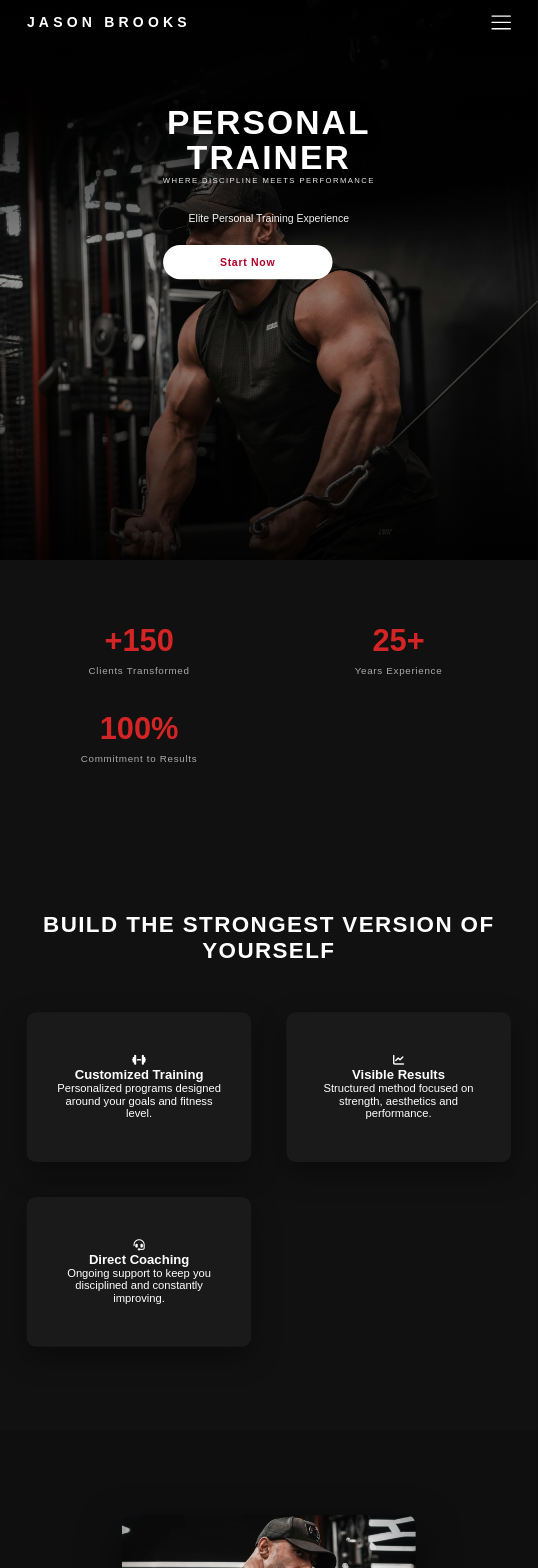
Repository: davidfsillva/Jason-Brooks
Page: index.html
These files come from the project's save history. The page is drawn as it stood at one moment and after the next save; the edit follows.
The browser window is 768 px wide. The pictures show the part of the page from y = 0 to 2240 px (the page is 3913 px tall), at 70% of full size.
Some web fonts or font styles are not loaded; a fallback is used.

Above is the page before, as saved 2026-02-21 17:15:21.

### index.html
<!DOCTYPE html>
<html lang="en">
<head>
    <!-- META SEO -->
    <meta charset="UTF-8">
    <meta name="viewport" content="width=device-width, initial-scale=1.0">

    <title>Axon Performance | Personal Trainer</title>
    <meta name="description" content="Personal trainer focused on performance, aesthetics and real physical transformation. Customized training programs for serious results.">

    <!-- Open Graph -->
    <meta property="og:title" content="Axon Performance | Personal Trainer">
    <meta property="og:description" content="Customized training programs focused on performance and transformation.">
    <meta property="og:type" content="website">
    <meta property="og:image" content="https://yourdomain.com/preview.jpg">

    <!-- Font Awesome (removido duplicado) -->
    <link rel="stylesheet" href="https://cdnjs.cloudflare.com/ajax/libs/font-awesome/6.5.1/css/all.min.css">

    <!-- Canonical -->
    <link rel="canonical" href="https://yourdomain.com/">

    <!-- CSS -->
    <link rel="stylesheet" href="style.css">

    <!-- JS -->
    <script src="script.js" defer></script>
</head>

<body>

    <!-- ================= HEADER ================= -->
    <header class="header">
        <div class="container nav-container">
            <div class="logo">JASON BROOKS </div>

            <nav class="nav" id="nav">
                <a href="#home" class="active">Home</a>
                <a href="#benefits">Benefits</a>
                <a href="#about">About</a>
                <a href="#contact">Contact</a>
            </nav>

            <button
                class="menu-toggle"
                id="menu-toggle"
                aria-label="Toggle navigation menu"
                aria-expanded="false">

                <span class="hamburger">
                    <span></span>
                    <span></span>
                    <span></span>
                </span>

            </button>
        </div>
    </header>

    <!-- ================= HERO ================= -->
    <section class="hero">

        <div class="hero-overlay"></div>

        <div class="hero-content">

            <h1>PERSONAL<br>TRAINER</h1>

            <p class="hero-small">Where Discipline Meets Performance</p>

            <p class="hero-sub">Elite Personal Training Experience</p>
            <a href="#" class="btn-primary">Start Now</a>
        </div>

    </section>

    <!-- ================= STATS ================= -->
    <section class="stats">
        <div class="container stats-grid">
            <div class="stat-item">
                <h3>+150</h3>
                <p>Clients Transformed</p>
            </div>
            <div class="stat-item">
                <h3>25+</h3>
                <p>Years Experience</p>
            </div>
            <div class="stat-item">
                <h3>100%</h3>
                <p>Commitment to Results</p>
            </div>
        </div>
    </section>

    <!-- ================= BENEFITS ================= -->
    <section class="benefits" id="benefits">
        <div class="container">
            <h2 class="section-title fade-in">Build the Strongest Version of Yourself</h2>

            <div class="benefits-grid">

                <div class="benefit-card fade-in">
                    <i class="fa-solid fa-dumbbell"></i>
                    <h3>Customized Training</h3>
                    <p>Personalized programs designed around your goals and fitness level.</p>
                </div>

                <div class="benefit-card fade-in">
                    <i class="fa-solid fa-chart-line"></i>
                    <h3>Visible Results</h3>
                    <p>Structured method focused on strength, aesthetics and performance.</p>
                </div>

                <div class="benefit-card fade-in">
                    <i class="fa-solid fa-headset"></i>
                    <h3>Direct Coaching</h3>
                    <p>Ongoing support to keep you disciplined and constantly improving.</p>
                </div>

            </div>
        </div>
    </section>

    <!-- ================= ABOUT ================= -->
    <section class="about" id="about">
        <div class="container about-container fade-in">

            <div class="about-image">
                <img src="img/hero2.webp" alt="Professional personal trainer coaching client">
            </div>

            <div class="about-text">
                <h2>About Jason Performance</h2>
                <p>
                    Specialist in body transformation and high performance training.
                    My methodology is built on discipline, science and measurable progress.
                </p>
                <p>
                    If you're serious about real, consistent results,
                    this is where your next level begins.
                </p>
                <a href="#contact" class="btn-secondary">Work With Me</a>
            </div>

        </div>
    </section>

    <!-- ================= CTA ================= -->
    <section class="cta" id="contact">
        <div class="container fade-in">
            <h2>Ready to Elevate Your Performance?</h2>
            <p>Fill out the form below and start your transformation today.</p>

            <form id="contact-form" class="contact-form" novalidate>
                <input
                    type="text"
                    id="name"
                    placeholder="Your Name"
                    required
                    aria-label="Your Name">

                <input
                    type="email"
                    id="email"
                    placeholder="Your Email"
                    required
                    aria-label="Your Email">

                <button type="submit" class="btn-primary">
                    Start Now
                </button>

                <p id="form-message" role="alert"></p>
            </form>
        </div>
    </section>

    <!-- ================= FOOTER ================= -->
    <footer class="footer">
        <p>© 2026 Jason Brooks - All Rights Reserved</p>
    </footer>

</body>
</html>

### style.css
/* ================= FONT ================= */
@font-face {
    font-family: 'TT Answer';
    src: url('fonts/TTAnswer-Regular.woff2') format('woff2');
    font-weight: 400;
    font-style: normal;
}

@font-face {
    font-family: 'TT Answer';
    src: url('fonts/TTAnswer-Medium.woff2') format('woff2');
    font-weight: 500;
    font-style: normal;
}

@font-face {
    font-family: 'TT Answer';
    src: url('fonts/TTAnswer-Bold.woff2') format('woff2');
    font-weight: 700;
    font-style: normal;
}


/* ================= DESIGN SYSTEM ================= */
:root {
    --primary: #b0002a;
    --primary-light: #d32525;
    --dark: #0f0f0f;
    --dark-light: #1a1a1a;
    --text: #ffffff;
    --text-muted: #aaaaaa;
    --radius: 14px;
    --transition: 0.3s ease;
}


/* ================= RESET ================= */
* {
    margin: 0;
    padding: 0;
    box-sizing: border-box;
}

body {
    font-family: 'Playfair Display', sans-serif;
    background: var(--dark);
    color: var(--text);
    scroll-behavior: smooth;
    -webkit-font-smoothing: antialiased;

}

.container {
    width: 90%;
    max-width: 1200px;
    margin: auto;
}


/* ================= HEADER ================= */
header {
    position: fixed;
    top: 0;
    left: 0;
    width: 100%;
    padding: 20px 0;
    background: transparent;
    z-index: 10;
    transition: 0.3s ease;

}

.nav-container {
    display: flex;
    justify-content: space-between;
    align-items: center;
}

.logo {
    font-size: 20px;
    font-weight: 700;
    letter-spacing: 6px;
    text-transform: uppercase;
}

/* ================= MENU PILL ================= */
.nav {
    display: flex;
    align-items: center;
    padding: 6px;
    border-radius: 40px;
    background: rgba(255,255,255,0.08);
    backdrop-filter: blur(12px);
    border: 1px solid rgba(255,255,255,0.15);
}

.nav a {
    text-decoration: none;
    color: white;
    font-size: 13px;
    font-weight: 500;
    padding: 8px 18px;
    border-radius: 30px;
    transition: 0.3s ease;
}

.nav a.active {
    background: rgba(255, 255, 255, 0.185);
    color: white;
}

.nav a:hover {
    color: var(--primary-light);
}

.menu-toggle {
    display: none;
    font-size: 26px;
    cursor: pointer;
}

.header.scrolled {
    background: rgba(0,0,0,0.85);
    padding: 15px 0;
}

/* ================= HAMBURGER PREMIUM ================= */

.menu-toggle {
    background: none;
    border: none;
    cursor: pointer;
    display: none;
    z-index: 1100;
}

.hamburger {
    width: 28px;
    height: 20px;
    position: relative;
    display: flex;
    flex-direction: column;
    justify-content: space-between;
    transition: 0.4s ease;
}

.hamburger span {
    height: 2px;
    width: 100%;
    background: var(--text);
    border-radius: 2px;
    transition: 0.4s ease;
    transform-origin: center;
}

/* ================= ANIMAÇÃO ATIVO ================= */

.menu-toggle.active .hamburger {
    transform: rotate(180deg);
}

.menu-toggle.active .hamburger span:nth-child(1) {
    transform: translateY(9px) rotate(45deg);
}

.menu-toggle.active .hamburger span:nth-child(2) {
    opacity: 0;
}

.menu-toggle.active .hamburger span:nth-child(3) {
    transform: translateY(-9px) rotate(-45deg);
}



/* ================= HERO ================= */
.hero {
    min-height: 100vh;
    width: 100%;
    position: relative;
    display: flex;
    align-items: center;
    justify-content: flex-start; /* joga conteúdo para esquerda */
    padding: 0 8%;
    overflow: hidden;

    background: url("img/herodes2.webp") right center / cover no-repeat;
}

.hero-overlay {
    position: absolute;
    inset: 0;
    z-index: 1;

    background:
        linear-gradient(
            90deg,
            rgba(0,0,0,0.85) 0%,
            rgba(0,0,0,0.75) 35%,
            rgba(0,0,0,0.4) 60%,
            rgba(0,0,0,0.1) 80%,
            rgba(0,0,0,0) 100%
        );
}

.hero-content {
    position: relative;
    z-index: 2;
    max-width: 600px;
    text-align: left;
}

.hero-content h1 {
    font-size: 85px;
    line-height: 1.05;
}

.hero-small {
    font-size: 13px;
    letter-spacing: 3px;
    text-transform: uppercase;
    margin-bottom: 15px;
    opacity: 0.8;
}

.hero-content h1 {
    font-size: 80px;
    line-height: 1.1;
}

.hero-sub {
    margin: 25px 0;
    font-size: 15px;
    font-weight: 400;
    opacity: 0.9;
}

.hero-image-side {
    flex: 1;
    display: flex;
    justify-content: flex-end;
    align-items: center; /* centraliza verticalmente */
    padding-right: 70px;
}

.hero-image-side img {
    width: 95%;
    max-width: 480px;

    -webkit-mask-image: linear-gradient(
        135deg,
        transparent 0%,
        black 40%,
        black 60%,
        transparent 100%
    );

    mask-image: linear-gradient(
        135deg,
        transparent 0%,
        black 40%,
        black 60%,
        transparent 100%
    );
}




/* ================= BUTTONS ================= */
.btn-primary {
    display: inline-block;
    padding: 14px 36px;
    background: var(--text);
    color: var(--primary);
    text-decoration: none;
    font-weight: 600;
    border-radius: 30px;
    letter-spacing: 1px;
    transition: var(--transition);
}

.btn-primary:hover {
    background: var(--primary-light);
    color: white;
    transform: translateY(-3px);
}

.btn-secondary {
    display: inline-block;
    margin-top: 20px;
    padding: 12px 30px;
    border: 2px solid var(--primary);
    color: var(--primary);
    text-decoration: none;
    border-radius: 30px;
    font-weight: 500;
    transition: var(--transition);
}

.btn-secondary:hover {
    background: var(--primary);
    color: white;
}


/* ================= STATS ================= */
.stats {
    background: #111;
    padding: 90px 0;
    text-align: center;
}

.stats-grid {
    display: grid;
    grid-template-columns: repeat(auto-fit, minmax(200px, 1fr));
    gap: 50px;
}

.stat-item h3 {
    font-size: 44px;
    font-weight: 700;
    color: var(--primary-light);
}

.stat-item p {
    margin-top: 10px;
    font-size: 14px;
    color: var(--text-muted);
    letter-spacing: 1px;
}


/* ================= BENEFITS ================= */
.benefits {
    padding: 120px 0;
    background: #111;
    text-align: center;
}

.section-title {
    margin-bottom: 70px;
    font-size: 32px;
    font-weight: 700;
    letter-spacing: 2px;
    text-transform: uppercase;
}

.benefits-grid {
    display: grid;
    grid-template-columns: repeat(auto-fit, minmax(260px, 1fr));
    gap: 50px;
}

.benefit-card {
    background: var(--dark-light);
    padding: 60px 35px;
    border-radius: var(--radius);
    transition: var(--transition);
    box-shadow: 0 15px 40px rgba(0,0,0,0.4);
}

.benefit-card:hover {
    transform: translateY(-10px);
    background: #222;
}

.icon {
    font-size: 32px;
    color: var(--primary-light);
    margin-bottom: 25px;
    transition: 0.3s ease;
}

.benefit-card:hover .icon {
    transform: scale(1.15);
    color: white;
}


/* ================= ABOUT ================= */
.about {
    padding: 120px 0;
    background: var(--dark);
}

.about-container {
    display: flex;
    gap: 70px;
    align-items: center;
    flex-wrap: wrap;
}

.about-image img {
    width: 100%;
    max-width: 420px;
    border-radius: var(--radius);
    box-shadow: 0 25px 60px rgba(0,0,0,0.6);
}

.about-text {
    flex: 1;
}

.about h2 {
    margin-bottom: 25px;
    font-weight: 700;
}

.about p {
    margin-bottom: 18px;
    line-height: 1.7;
    font-size: 15px;
    color: var(--text-muted);
}


/* ================= CTA PREMIUM ================= */
.cta {
    padding: 140px 0;
    background: radial-gradient(circle at top left, rgba(255,0,80,0.25), transparent 60%),
                linear-gradient(120deg, #5a0015, #b0002a);
    text-align: center;
    position: relative;
}

.cta h2 {
    font-size: 36px;
    margin-bottom: 15px;
    letter-spacing: 2px;
    text-transform: uppercase;
}

.cta p {
    color: rgba(255,255,255,0.8);
    margin-bottom: 40px;
    font-size: 15px;
}

/* Card do formulário */
.contact-form {
    background: rgba(255,255,255,0.06);
    backdrop-filter: blur(18px);
    padding: 45px 35px;
    border-radius: 20px;
    display: flex;
    flex-direction: column;
    gap: 18px;
    max-width: 420px;
    margin: auto;
    box-shadow: 0 30px 60px rgba(0,0,0,0.5);
    border: 1px solid rgba(255,255,255,0.08);
}

/* Inputs */
.contact-form input {
    padding: 16px 20px;
    border-radius: 30px;
    border: 1px solid rgba(255,255,255,0.15);
    background: rgba(0,0,0,0.4);
    color: white;
    font-family: 'TT Answer', sans-serif;
    font-size: 14px;
    transition: 0.3s ease;
}

.contact-form input::placeholder {
    color: rgba(255,255,255,0.5);
}

.contact-form input:focus {
    border-color: var(--primary-light);
    box-shadow: 0 0 0 3px rgba(255,45,85,0.2);
    outline: none;
}

/* Botão */
.contact-form button {
    padding: 15px;
    border-radius: 30px;
    border: none;
    background: white;
    color: var(--primary);
    font-weight: 600;
    letter-spacing: 1px;
    cursor: pointer;
    transition: 0.3s ease;
}

.contact-form button:hover {
    background: var(--primary-light);
    color: white;
    transform: translateY(-3px);
    box-shadow: 0 10px 25px rgba(0,0,0,0.4);
}

/* Mensagem */
#form-message {
    margin-top: 12px;
    font-size: 14px;
    color: #ffffffcc;
}


/* ================= FOOTER ================= */
.footer {
    text-align: center;
    padding: 30px;
    background: #000;
    font-size: 13px;
    letter-spacing: 1px;
    color: var(--text-muted);
}


/* ================= ANIMATION ================= */
.fade-in {
    opacity: 0;
    transform: translateY(30px);
    transition: 0.8s ease;
}

.fade-in.visible {
    opacity: 1;
    transform: translateY(0);
}

section {
    scroll-margin-top: 120px;
}


/* ================= RESPONSIVE ================= */

@media (max-width: 768px) {

    /* ===== HERO ESTRUTURA ===== */
    .hero {
        position: relative;
        display: flex;
        flex-direction: column;
        justify-content: space-between;
        min-height: 100vh;
        padding: 140px 20px 70px 20px;
        text-align: center;

        /* Ajuste fino da imagem */
        background: url("img/heromobile.webp") center 35% / cover no-repeat;
    }

    /* ===== FADE PROFISSIONAL CINEMATOGRÁFICO ===== */
    .hero-overlay {
        position: absolute;
        inset: 0;
        background: linear-gradient(
            180deg,
            rgba(0,0,0,0.95) 0%,
            rgba(0,0,0,0.85) 20%,
            rgba(0,0,0,0.35) 45%,
            rgba(0,0,0,0.35) 65%,
            rgba(0,0,0,0.9) 100%
        );
        z-index: 1;
    }

    .hero-content {
        position: relative;
        z-index: 2;
        display: flex;
        flex-direction: column;
        justify-content: space-between;
        height: 100%;
    }

    /* ===== PERSONAL TRAINER (TOPO) ===== */
    .hero-content h1 {
        font-size: 48px;
        line-height: 1.05;
        letter-spacing: 3px;
        margin-top: 10px;
        text-shadow: 0 5px 20px rgba(0,0,0,0.6);
        text-align: center;
    }

    /* ===== PARTE INFERIOR ===== */
    .hero-small {
        font-size: 11px;
        letter-spacing: 2px;
        margin-bottom: 15px;
        opacity: 0.9;
        text-align: center;
    }

    .hero-sub {
        font-size: 15px;
        margin-bottom: 30px;
        opacity: 0.95;
                text-align: center;

    }

    /* ===== BOTÃO MAIS LARGO ===== */
    .btn-primary {
        width: 80%;
        max-width: 300px;
        padding: 16px 0;
        font-size: 15px;
        border-radius: 40px;
        text-align: center;
    }

    /* ===== MENU MOBILE ===== */
    .nav {
        position: absolute;
        top: 80px;
        right: 0;
        background: black;
        flex-direction: column;
        width: 220px;
        padding: 25px;
        display: none;
    }

    .nav.active {
        display: flex;
    }

    .menu-toggle {
        display: block;
    }

    /* ===== ABOUT RESPONSIVO ===== */
    .about-container {
        flex-direction: column;
        text-align: center;
    }
}

### script.js
// ================= MENU MOBILE =================
const toggle = document.getElementById("menu-toggle");
const nav = document.getElementById("nav");
const icon = toggle.querySelector("i");

toggle.addEventListener("click", () => {

    const isActive = nav.classList.toggle("active");

    toggle.classList.toggle("active");
    toggle.setAttribute("aria-expanded", isActive);

    // Troca ícone
    if (isActive) {
        icon.classList.remove("fa-bars");
        icon.classList.add("fa-xmark");
    } else {
        icon.classList.remove("fa-xmark");
        icon.classList.add("fa-bars");
    }
});

// ================= HEADER SCROLL EFFECT =================
const header = document.querySelector(".header");

if (header) {
    window.addEventListener("scroll", () => {
        header.classList.toggle("scrolled", window.scrollY > 50);
    });
}


/*
IMPORTANTE:
Adicione isso no CSS:

.header.scrolled {
    background: rgba(0,0,0,0.85);
    padding: 15px 0;
}
*/


// ================= SCROLL REVEAL =================
const faders = document.querySelectorAll(".fade-in");

if ("IntersectionObserver" in window && faders.length > 0) {

    const appearOptions = {
        threshold: 0.15,
        rootMargin: "0px 0px -50px 0px"
    };

    const appearOnScroll = new IntersectionObserver((entries, observer) => {
        entries.forEach(entry => {

            if (!entry.isIntersecting) return;

            entry.target.classList.add("visible");
            observer.unobserve(entry.target);

        });
    }, appearOptions);

    faders.forEach((el, index) => {
        el.style.transitionDelay = `${index * 0.1}s`;
        appearOnScroll.observe(el);
    });
}


// ================= FORM VALIDATION =================
const form = document.getElementById("contact-form");
const message = document.getElementById("form-message");

if (form && message) {

    form.addEventListener("submit", function(e){
        e.preventDefault();

        const name = document.getElementById("name").value.trim();
        const email = document.getElementById("email").value.trim();

        const emailRegex = /^[^\s@]+@[^\s@]+\.[^\s@]+$/;

        if (name.length < 3) {
            message.textContent = "Please enter a valid name (min. 3 characters).";
            message.style.color = "yellow";
            return;
        }

        if (!emailRegex.test(email)) {
            message.textContent = "Please enter a valid email address.";
            message.style.color = "yellow";
            return;
        }

        message.textContent = "Message sent successfully!";
        message.style.color = "lightgreen";

        form.reset();
    });
}

const sections = document.querySelectorAll("section");
const navLinks = document.querySelectorAll(".nav a");

window.addEventListener("scroll", () => {
  let current = "";

  sections.forEach(section => {
    const sectionTop = section.offsetTop - 150;
    if (scrollY >= sectionTop) {
      current = section.getAttribute("id");
    }
  });

  navLinks.forEach(link => {
    link.classList.remove("active");
    if (link.getAttribute("href") === "#" + current) {
      link.classList.add("active");
    }
  });
});

After the next save:
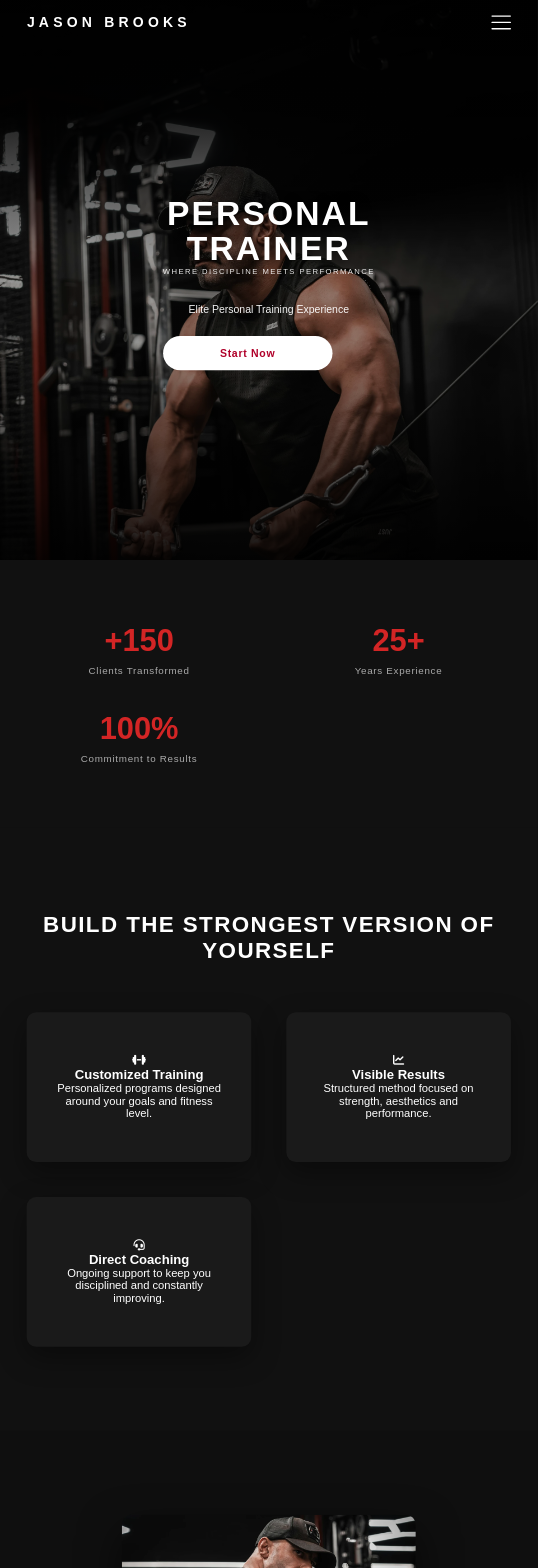
Saved 102 s later.
--- a/style.css
+++ b/style.css
@@ -535,18 +535,17 @@ section {
 @media (max-width: 768px) {
 
     /* ===== HERO ESTRUTURA ===== */
-    .hero {
-        position: relative;
-        display: flex;
-        flex-direction: column;
-        justify-content: space-between;
-        min-height: 100vh;
-        padding: 140px 20px 70px 20px;
-        text-align: center;
-
-        /* Ajuste fino da imagem */
-        background: url("img/heromobile.webp") center 35% / cover no-repeat;
-    }
+.hero {
+    position: relative;
+    display: flex;
+    flex-direction: column;
+    justify-content: center;   /* CENTRALIZA VERTICAL */
+    align-items: center;       /* CENTRALIZA HORIZONTAL */
+    min-height: 100vh;
+    padding: 0 20px;
+    text-align: center;
+    background: url("img/heromobile.webp") center 35% / cover no-repeat;
+}
 
     /* ===== FADE PROFISSIONAL CINEMATOGRÁFICO ===== */
     .hero-overlay {
